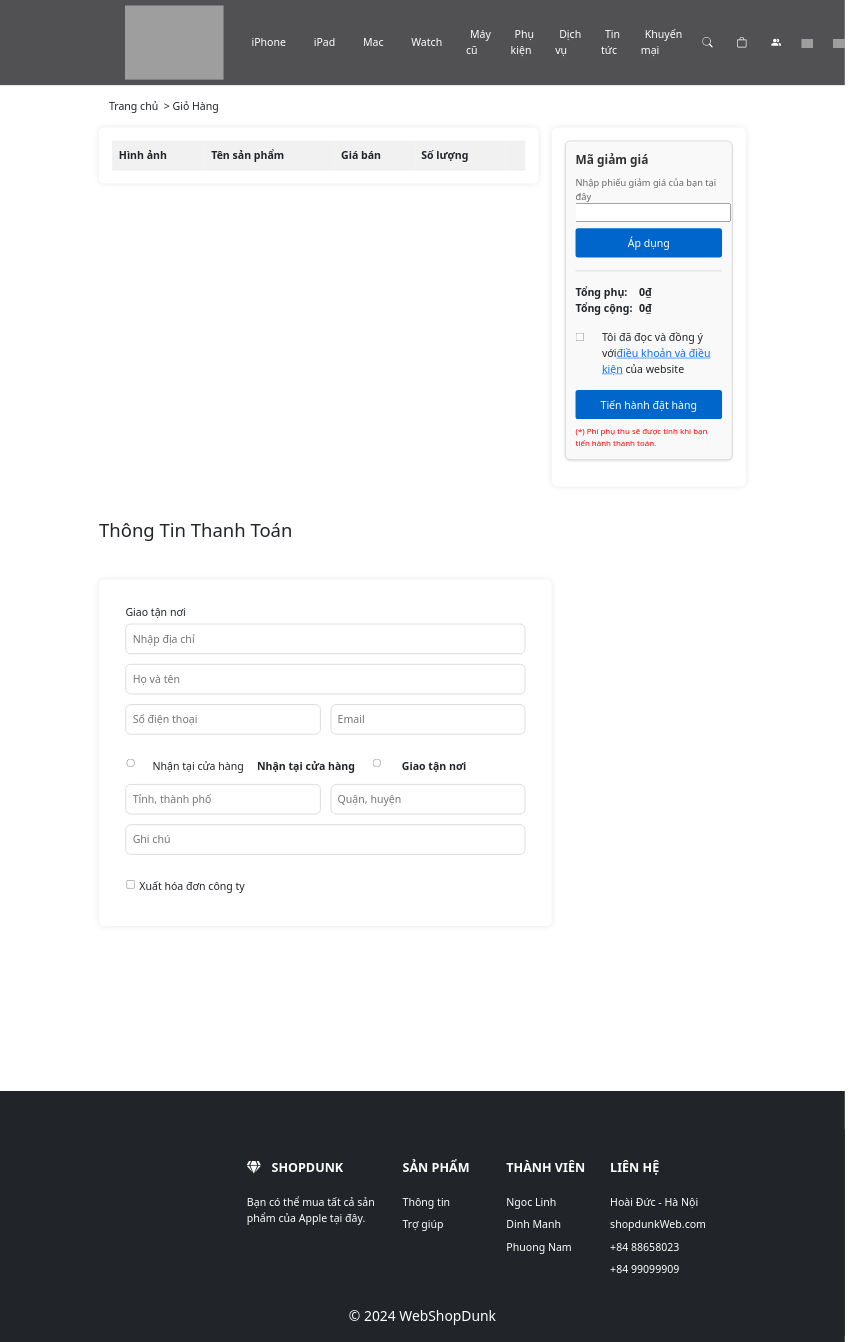
Repository: 20092004nam2k4/FE-ShopDunk
Page: /cart
An editor plug-in stored every save of this project. The page is shown before and after the next save, followed by the edit.
The browser window is 1280 px wide. The page is 1296 px wide, so the pictures cover 1296 px, including what lies to the right of the window. The pictures show the whole page, at 66% of full size.
Pictures or frames that could not be fetched are drawn as grey boxes. The page's requests for data from a server got no answer. The project was rebuilt for these pictures with package versions that can differ from the ones it lists, and the page was loaded fresh each time. No one was signed in, and anything a server would have sent is missing. Also part of the build but not shown: src/component/common/SlideImage.css, src/component/common/SlideImage.js, src/component/product/ProductList.css, src/component/product/ProductList.js, src/component/product/ProductDetail.css, src/component/product/ProductDetail.js, src/component/user/LoginUser.js, src/component/user/UserProfile.js and 3 more.

Above is the page before, as saved 2024-06-10 13:59:47.

### src/component/cart/CartPage.js
import React, { useState, useEffect } from "react";
import axios from "axios";
import "./CartPage.css";

const CartPage = () => {
  const [cartItems, setCartItems] = useState([]);

  const fetchCartItems = () => {
    axios
      .get("http://localhost:8090/api/products/cart")
      .then((response) => {
        setCartItems(response.data);
      })
      .catch((error) => {
        console.error("Error fetching cart items:", error);
      });
  };

  useEffect(() => {
    fetchCartItems();
  }, []);

  const removeFromCart = (id) => {
    axios
      .delete(`http://localhost:8090/api/products/removeFromCart/${id}`)
      .then(() => {
        fetchCartItems(); // Refresh the cart items after removing
      })
      .catch((error) => {
        console.error("Error removing product from cart:", error);
      });
  };

  const updateQuantity = (id, newQuantity) => {
    axios
      .put(`http://localhost:8090/api/products/updateCart/${id}`, {
        quantity: newQuantity,
      })
      .then(() => {
        fetchCartItems(); // Refresh the cart items after updating
      })
      .catch((error) => {
        console.error("Error updating product quantity:", error);
      });
  };

  const calculateSubtotal = () => {
    return cartItems.reduce((sum, item) => sum + item.product.price * item.quantity, 0);
  };

  const calculateTotal = () => {
    return calculateSubtotal();
  };

  return (<>


    <div className="cart-page">
      <div>
        <p className="tittle-header">Trang chủ &nbsp;&gt; Giỏ Hàng</p>
      </div>
      <div className="tong">
        <div className="left">
          <div className="cart-detail">
            <table className="cart">
              <thead>
                <tr>
                  <th>Hình ảnh</th>
                  <th>Tên sản phẩm</th>
                  <th>Giá bán</th>
                  <th>Số lượng</th>
                  <th></th>
                </tr>
              </thead>
              <tbody>
                {cartItems.map((item) => (
                  <tr key={item.id}>
                    <td>
                      <a href={`/product/${item.product.id}`}>
                        <img
                          alt={`Ảnh của ${item.product.name}`}
                          src={`http://localhost:8090/image/${item.product.image}`}
                          title={`Hiển thị chi tiết cho ${item.product.name}`}
                        />
                      </a>
                    </td>
                    <td className="product">
                      <a href={`/product/${item.product.id}`} className="product-name">
                        {item.product.name}
                      </a>
                      <div className="edit-item"></div>
                    </td>
                    <td className="unit-price">
                      <span className="product-unit-price">
                        {parseInt(item.product.price).toLocaleString()}₫
                      </span>
                    </td>
                    <td className="quantity">
                      <div className="cart-quantity-input-container">
                        <svg
                          id={`cart-quantity-input-subtract${item.id}`}
                          width="11"
                          height="11"
                          viewBox="0 0 11 11"
                          fill="none"
                          xmlns="http://www.w3.org/2000/svg"
                          onClick={() => updateQuantity(item.id, item.quantity - 1)}
                        >
                          <g clipPath="url(#clip0_10158_65576)">
                            <path
                              d="M-0.00390625 5.90234H11.0039C11.1133 5.90234 11.207 5.86328 11.2852 5.78516C11.3633 5.70182 11.4023 5.60547 11.4023 5.49609C11.4023 5.38672 11.3633 5.29297 11.2852 5.21484C11.207 5.13672 11.1133 5.09766 11.0039 5.09766H-0.00390625C-0.0768229 5.09766 -0.144531 5.11589 -0.207031 5.15234C-0.264323 5.1888 -0.311198 5.23828 -0.347656 5.30078C-0.384115 5.35807 -0.402344 5.42318 -0.402344 5.49609C-0.402344 5.57422 -0.384115 5.64453 -0.347656 5.70703C-0.311198 5.76432 -0.264323 5.8112 -0.207031 5.84766C-0.144531 5.88411 -0.0768229 5.90234 -0.00390625 5.90234Z"
                              fill="#0066CC"
                            ></path>
                          </g>
                          <defs>
                            <clipPath id="clip0_10158_65576">
                              <rect width="11" height="11" fill="white"></rect>
                            </clipPath>
                          </defs>
                        </svg>
                        <input
                          className="input-text"
                          id={`quantity${item.id}`}
                          value={item.quantity}
                          size="4"
                          readOnly
                        />
                        <svg
                          id={`cart-quantity-input-add${item.id}`}
                          width="12"
                          height="13"
                          viewBox="0 0 12 13"
                          fill="none"
                          xmlns="http://www.w3.org/2000/svg"
                          onClick={() => updateQuantity(item.id, item.setCartItems.quantity + 1)}
                        >
                          <g clipPath="url(#clip0_10158_65579)">
                            <path
                              d="M-0.304688 6.5C-0.304688 6.61458 -0.265625 6.71094 -0.1875 6.78906C-0.104167 6.86719 -0.0104167 6.90625 0.09375 6.90625H5.19531V12.0078C5.19531 12.1172 5.23438 12.2109 5.3125 12.2891C5.39583 12.3672 5.49219 12.4062 5.60156 12.4062C5.71094 12.4062 5.80729 12.3672 5.89062 12.2891C5.96875 12.2109 6.00781 12.1172 6.00781 12.0078V6.90625H11.1094C11.2239 6.90625 11.3177 6.86719 11.3906 6.78906C11.4739 6.71094 11.5156 6.61458 11.5156 6.5C11.5156 6.39583 11.4739 6.30208 11.3906 6.21875C11.3177 6.13542 11.2239 6.09375 11.1094 6.09375H6.00781V1.00781C6.00781 0.893229 5.96875 0.799479 5.89062 0.726562C5.80729 0.653646 5.71094 0.617188 5.60156 0.617188C5.49219 0.617188 5.39583 0.653646 5.3125 0.726562C5.23438 0.799479 5.19531 0.893229 5.19531 1.00781V6.09375H0.09375C-0.0104167 6.09375 -0.104167 6.13542 -0.1875 6.21875C-0.265625 6.30208 -0.304688 6.39583 -0.304688 6.5Z"
                              fill="#0066CC"
                            ></path>
                          </g>
                          <defs>
                            <clipPath id="clip0_10158_65579">
                              <rect
                                width="11.8125"
                                height="12.8125"
                                fill="white"
                                transform="translate(0.09375 0.09375)"
                              ></rect>
                            </clipPath>
                          </defs>
                        </svg>
                      </div>
                    </td>

                    <td className="remove-from-cart">
                      <button
                        onClick={() => removeFromCart(item.id)}
                        className="remove-button"
                      >
                        <i className="fas fa-trash-alt"></i>
                      </button>
                    </td>
                  </tr>
                ))}
              </tbody>
            </table>
          </div>

        </div>

        <div className="right">
        <div className="deals">
            <div className="coupon-box">
              <div className="title">
                <strong>Mã giảm giá</strong>
              </div>
              <div className="hint">Nhập phiếu giảm giá của bạn tại đây</div>
              <input></input>
              <div className="coupon-code">
                <button
                  type="submit"
                  name="applydiscountcouponcode"
                  id="applydiscountcouponcode"
                  className="button-2 apply-discount-coupon-code-button"
                >
                  Áp dụng
                </button>
              </div>
              <div className="totals">
                <div className="total-info">
                  <table className="cart-total">
                    <tbody>
                      <tr className="order-subtotal">
                        <td className="cart-total-left">
                          <label>Tổng phụ:</label>
                        </td>
                        <td className="cart-total-right">
                          <span className="value-summary">
                            {calculateSubtotal().toLocaleString()}₫
                          </span>
                        </td>
                      </tr>
                      <tr className="order-total">
                        <td className="cart-total-left">
                          <label>Tổng cộng:</label>
                        </td>
                        <td className="cart-total-right">
                          <span className="value-summary">
                            {calculateTotal().toLocaleString()}₫
                          </span>
                        </td>
                      </tr>
                    </tbody>
                  </table>
                </div>
                <div id="terms-of-service-warning-box"></div>
                <div className="terms-of-service">
                  <div className="d-flex">
                    <div>
                      <td className="remove-from-cart">
                        <input
                          type="checkbox"
                          name="removefromcart"
                          id="removefromcart274337"
                          value="274337"
                          aria-label="Tẩy"
                        />
                        <button
                          type="button"
                          name="updatecart"
                          className="remove-btn once-submit-button"
                          onClick={() => {
                            document.getElementById(
                              "removefromcart274337"
                            ).checked = true;
                            document.getElementById("updatecart").click();
                          }}
                        ></button>
                      </td>
                    </div>
                    <br></br>
                    <label htmlFor="termsofservice">
                      <span className="rule-web">Tôi đã đọc và đồng ý với</span>
                      <a
                        href="/chinh-sach-doi-tra"
                        className="read"
                        target="_blank"
                      >
                        điều khoản và điều kiện
                      </a>{" "}
                      <span className="rule-web">của website</span>
                    </label>
                  </div>
                </div>
                <div className="checkout-buttons">
                  <button
                    type="submit"
                    id="checkout"
                    name="checkout"
                    value="checkout"
                    className="button-1 checkout-button"
                  >
                    Tiến hành đặt hàng
                  </button>
                </div>
                <div className="note-ck">
                  (*) Phí phụ thu sẽ được tính khi bạn tiến hành thanh toán.
                </div>
                <div className="addon-buttons"></div>
              </div>
            </div>
          </div>
        </div>
      </div>
        </div>

        <div className="thanhtoan">
        <h3>Thông Tin Thanh Toán</h3>
        </div>
      <div className="tong-bot">
        <div class="left">
          <div class="enter-address bg-white">
          <h6>Giao tận nơi</h6>
            <input placeholder="Nhập địa chỉ"></input>
            <input placeholder="Họ và tên"></input>
            <div class="half-inputs">
              <input placeholder="Số điện thoại"></input>
              <input placeholder="Email"></input>
            </div>
            <div class="edit-address">
              <div class="delivery-method">
                <input type="radio" id="receive-store" name="receive-method" value="store"></input><p>Nhận tại cửa hàng</p>
                <label for="receive-store">Nhận tại cửa hàng</label>
                <input type="radio" id="receive-delivery" name="receive-method" value="delivery"></input>
                <label for="receive-delivery">Giao tận nơi</label>
              </div>
              <div class="half-inputs">
                <input placeholder="Tỉnh, thành phố"></input>
                <input placeholder="Quận, huyện"></input>
              </div>
              <div>
                <input placeholder="Ghi chú"></input>
              </div>
              <div class="edit-address">
                <input type="checkbox" id="company-invoice" name="company-invoice" value="company-invoice"></input>Xuất hóa đơn công ty
              </div>
            </div>
          </div>
        </div>
      </div>



    <footer className="text-center text-lg-start bg-dark text-white footerMain">
        <section className="bg-dark" style={{ height: "243px" }}>
          <div className="container text-center text-md-start mt-5 textFooter">
            <div className="row mt-3">
              <div
                className="col-md-3 col-lg-4 col-xl-3 text-left mb-4"
                style={{ marginLeft: "104px" }}
              >
                <h6
                  className="text-uppercase fw-bold mb-4"
                  style={{ fontSize: "19px" }}
                >
                  <i className="fas fa-gem me-3" />
                  Shopdunk
                </h6>
                <p style={{ fontSize: "16px" }}>
                  Bạn có thể mua tất cả sản phẩm của Apple tại đây.
                </p>
              </div>
              <div className="col-md-2 col-lg-2 col-xl-2 text-left mb-4">
                <h6
                  className="text-uppercase fw-bold mb-4"
                  style={{ fontSize: "19px" }}
                >
                  Sản phẩm
                </h6>
                <p style={{ fontSize: "16px" }}>Thông tin</p>
                <p style={{ fontSize: "16px" }}>Trợ giúp</p>
              </div>
              <div className="col-md-3 col-lg-2 col-xl-2 text-left mb-4">
                <h6
                  className="text-uppercase fw-bold mb-4"
                  style={{ fontSize: "19px" }}
                >
                  Thành viên
                </h6>
                <p style={{ fontSize: "16px" }}>Ngoc Linh</p>
                <p style={{ fontSize: "16px" }}>Dinh Manh</p>
                <p style={{ fontSize: "16px" }}>Phuong Nam</p>
              </div>
              <div className="col-md-4 col-lg-3 col-xl-3 text-left mb-md-0 mb-4">
                <h6
                  className="text-uppercase fw-bold mb-4"
                  style={{ fontSize: "19px" }}
                >
                  Liên hệ
                </h6>
                <p style={{ fontSize: "16px" }}>Hoài Đức - Hà Nội</p>
                <p style={{ fontSize: "16px" }}>shopdunkWeb.com</p>
                <p style={{ fontSize: "16px" }}>+84 88658023</p>
                <p style={{ fontSize: "16px" }}>+84 99099909</p>
              </div>
            </div>
          </div>
        </section>
        <div
          className="text-center p-4 bg-dark"
          style={{
            backgroundColor: "#40474b",
            height: "70px",
            fontSize: "21px",
            textAlign: "center",
          }}
        >
          © 2024 WebShopDunk
        </div>
      </footer>
    </>
  );
};

export default CartPage;

### src/component/common/Navbar.css
.navbar {
  background-color: #515154;
  padding: 10px;

}

.navbar-links {
  list-style: none;
  display: flex;
  justify-content: center;
  margin: 0;
  padding: 0;
  padding-left: 168px;
  align-items: center;
}

.navbar-links li {
  margin: 0 15px;
}

.navbar-links a {
  color: white;
  text-decoration: none;
  padding: 10px 6px 25px;
  transition: background-color 0.3s;

}

/* .navbar-links a:hover {
  background-color: #575757;
} */
.imageIcon{
  width: 150px;
}
.icon-bag{
  color: white;
  height: 38px;

}
.icon-people{
  color: white;
  height: 38px;

}
.icon-search{
color: white;
height: 38px;
}
.imageIconVN{
  height: 14px;

}
.navbar-links li a {
color: #fff;
text-decoration: none;
transition: color 0.3s ease; }

.navbar-links li a:hover {
color: #fff;
}

### src/component/product/ProductCart.css
.product-list {
  display: flex;
  flex-wrap: wrap;
  justify-content: center;
}
.product-card img {
  max-width: 100%;
  height: auto;
}
.tittleIphone {
  text-align: center;
  margin-top: 38px;
  margin-bottom: 20px;
}
.a-category {
  text-align: center;
  margin-top: 20px;
}
.custom-blue {
  color: #0066cc !important;
  border-color: #0066cc !important;
}
.custom-blue:hover {
  color: #fff !important;
  background-color: #0066cc !important;
}
.button-text {
  font-size: 17px;
}
.product-card {
  width: 300px;
  height: 430px;
  display: flex;
  flex-direction: column;
  align-items: center;
  justify-content: space-between;
  border: 1px solid #ddd;
  padding: 10px;
  margin: 10px;
  box-shadow: 0 4px 8px rgba(0, 0, 0, 0.1); /* Thêm đổ bóng để đẹp hơn */
  border-radius: 5px;
  color: white;
}
.product-name {
  font-weight: bold;
}
.product-price-wrapper {
  display: flex;
  align-items: center;
  gap: 10px;
}
.product-discounted-price {
  font-weight: 700;
  font-size: 16px;
  line-height: 24px;
  color: #0066cc;
}
.product-original-price-wrapper {
  display: flex;
  align-items: center;
}
.product-price {
  color: #6c757d; /* Màu đen nhạt */
  text-decoration: line-through;
  font-size: 16px;
  margin-right: 5px; /* Khoảng cách giữa giá cũ và tag giảm giá */
}
.discount-tag {
  color: #6c757d; /* Màu đen nhạt */
  font-size: 16px;
}
.img-info {
  width: 1200px;
  height: 401px;
}
.info-banner {
  text-align: center;
  margin-top: 80px;
}
.bg-dark {
  background-color: #575757 !important;
}
.text-white {
  color: #fff !important;
}
.border-bottom {
  border-color: rgba(255, 255, 255, 0.1) !important;
}
.footer-links a {
  color: #fff !important;
}
.footer-links a:hover {
  color: #ddd !important;
}
.footerMain {
  margin-top: 90px;
}
.product-card-link {
  text-decoration: none;
  color: inherit; /* Optional: Inherit color to prevent default link color */
}
.textFooter{
  padding-top: 30px;
}

.carousel {
  margin-top: 20px;
  margin-bottom: 20px; /* Để tạo khoảng cách giữa carousel và danh sách sản phẩm */
  padding: 0 210px; /* Thu nhỏ carousel vào 100px mỗi bên */
}

.carousel-inner {
  width: 100%; /* Đảm bảo width của carousel vẫn 100% */
  margin: auto; /* Căn giữa carousel */
}
.carousel-control {
  padding: 0 230px; /* Đặt khoảng cách 20px giữa các nút chuyển ảnh */
}
.category-products-container {
  background-color: #f5f5f7; /* Màu nền của trang */
}
.tittle-headerCategory{
  background-color: white;
  margin-left: 210px;
  padding-top: 15px;
  color: #6c757d;
  padding-bottom: -10px;
}

### src/component/user/Login.css
body {
    font-family: sans-serif;
    /* display: flex; */
    justify-content: center;
    align-items: center;
    min-height: 100vh;
    background-color: #f5f5f5;
  }
  .userName-login{
    margin-top: 25px;
  }



  .left-side {
    width: 50%;
    display: flex;
    justify-content: center;
    align-items: center;
    margin-top: 90px;
  }

  .right-side {
    width: 50%;
    padding: 20px;
    margin-top: 90px;
  }

  .left-side img {
    width: 100%;
    max-width: 600px;
    height: 350px;
  }

  h2 {
    margin-bottom: 20px;
  }

  input[type="text"],
  input[type="password"] {
    width: 100%;
    padding: 10px;
    margin-bottom: 15px;
    border: 1px solid #ddd;
    border-radius: 10px;
    box-sizing: border-box;
  }

  input[type="checkbox"] {
    margin-right: 5px;
  }

  button {
    background-color: #007bff;
    color: #fff;
    padding: 10px 20px;
    border: none;
    border-radius: 3px;
    cursor: pointer;
    width: 100%;
  }

  .link {
    display: block;
    text-align: center;
    margin-top: 15px;
    color: #007bff;
    text-decoration: none;
  }

  .footerMain{
margin-top: 200px;
  }
  .textFooter{
    padding-left: 200px !important;
  }
  .textToRegister{
    margin-top: 15px;
  }

Loaded but not shown: public/index.html (common file); src/index.js (common file); src/component/common/Navbar.js (132 lines, source omitted); src/App.js (47 lines, source omitted); src/context/AuthContext.js (34 lines, source omitted); src/component/cart/CartPage.css (368 lines, source omitted); src/component/user/UserProfile.css (214 lines, source omitted)

After the next save:
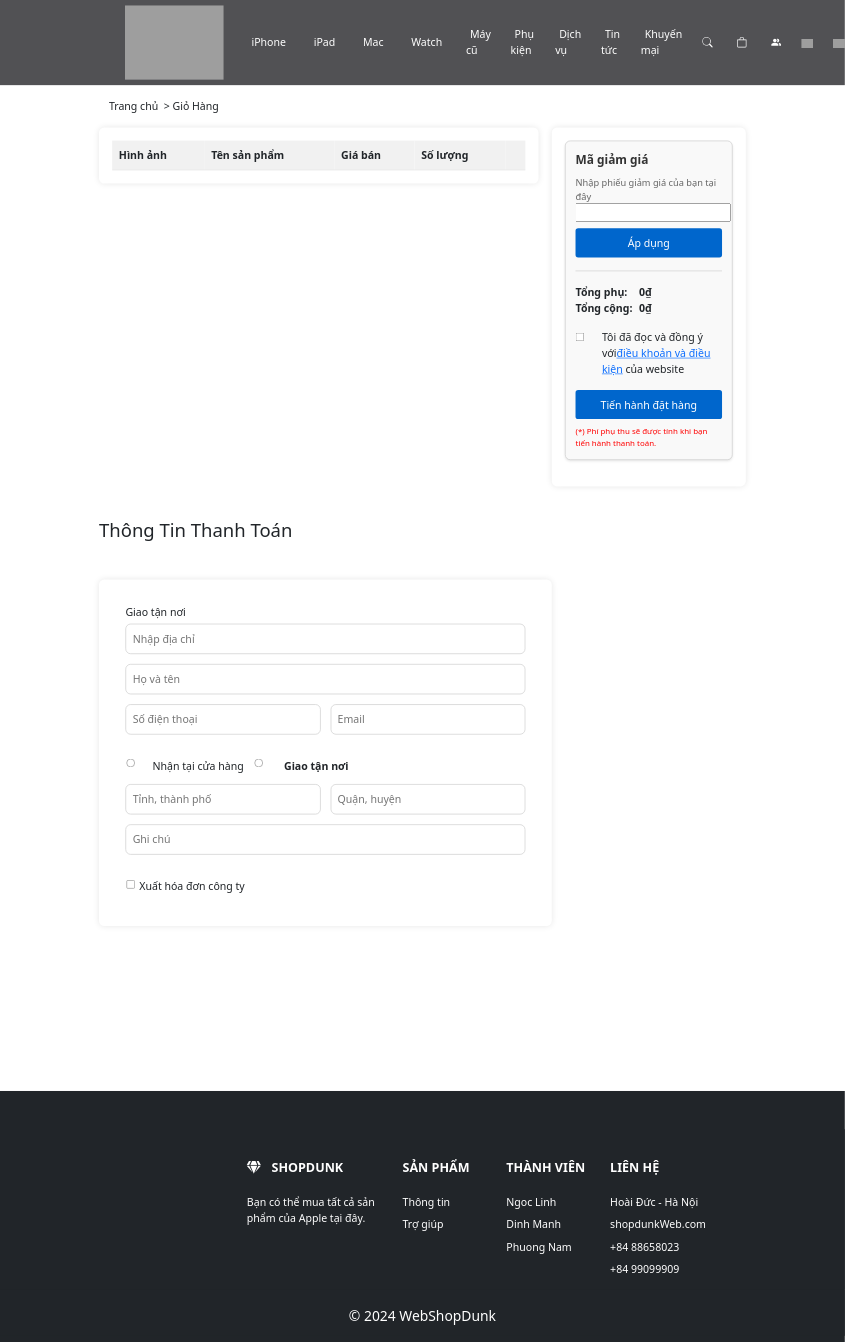
Saved 11 s later.
--- a/src/component/cart/CartPage.js
+++ b/src/component/cart/CartPage.js
@@ -292,7 +292,6 @@
             <div class="edit-address">
               <div class="delivery-method">
                 <input type="radio" id="receive-store" name="receive-method" value="store"></input><p>Nhận tại cửa hàng</p>
-                <label for="receive-store">Nhận tại cửa hàng</label>
                 <input type="radio" id="receive-delivery" name="receive-method" value="delivery"></input>
                 <label for="receive-delivery">Giao tận nơi</label>
               </div>
